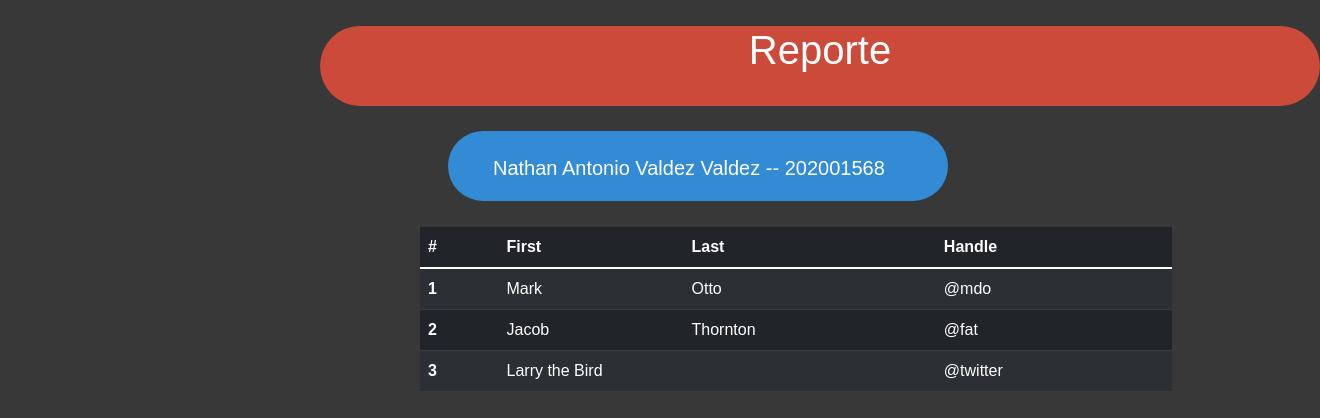
Repository: nathanvdev/LFP_PR_202001568
Page: plantilla.html
These files come from the project's save history. The page is drawn as it stood at one moment and after the next save; the edit follows.
The browser window is 1280 px wide. The page is 1320 px wide, so the pictures cover 1320 px, including what lies to the right of the window. The pictures show the whole page.

Above is the page before, as saved 2022-02-19 19:03:23.

### plantilla.html

<!DOCTYPE html>
<html lang="en">
<head>
    <meta charset="UTF-8">
    <meta http-equiv="X-UA-Compatible" content="IE=edge">
    <meta name="viewport" content="width=device-width, initial-scale=1.0">
    <link href="https://cdn.jsdelivr.net/npm/bootstrap@5.1.3/dist/css/bootstrap.min.css" rel="stylesheet" integrity="sha384-1BmE4kWBq78iYhFldvKuhfTAU6auU8tT94WrHftjDbrCEXSU1oBoqyl2QvZ6jIW3" crossorigin="anonymous">
    <title>Document</title>
</head>
<style>
    body{
        font-family: sans-serif;
    }
    .titlebox{
        background-color: rgb(204, 74, 57);
        height: 80px;
        width: 1000px;
        margin: 2%;
        margin-left: 25%;
        border-radius: 45px;


        display: flex;
        justify-content: center;
    }
    .PersonalInfo{
        background-color: rgb(50, 139, 212);
        height: 70px;
        width: 500px;
        margin: 2%;
        margin-top: 0px;
        margin-left: 35%;
        border-radius: 45px;

    }
    .tabla{
        width: 90%;
        height: auto;
        margin: 20px;
        padding-left: 400px;
    }
</style>
<body style="background-color: rgb(56, 56, 56);">
    <div class="titlebox">
        <h1 style="color: white;">Reporte</h1>
    </div>
    <div class="PersonalInfo">
        <h3 style="color: white;
        margin: 5%; float: left; font-size: 20px; padding-left: 20px;">
            Nathan Antonio Valdez Valdez  --  202001568
        </h3>
    </div>

    <div class="tabla">
    <table class="table table-dark table-striped">
        <thead>
          <tr>
            <th scope="col">#</th>
            <th scope="col">First</th>
            <th scope="col">Last</th>
            <th scope="col">Handle</th>
          </tr>
        </thead>
        <tbody>
          <tr>
            <th scope="row">1</th>
            <td>Mark</td>
            <td>Otto</td>
            <td>@mdo</td>
          </tr>
          <tr>
            <th scope="row">2</th>
            <td>Jacob</td>
            <td>Thornton</td>
            <td>@fat</td>
          </tr>
          <tr>
            <th scope="row">3</th>
            <td colspan="2">Larry the Bird</td>
            <td>@twitter</td>
          </tr>
        </tbody>
      </table>
    </div>
</body>
</html>

After the next save:
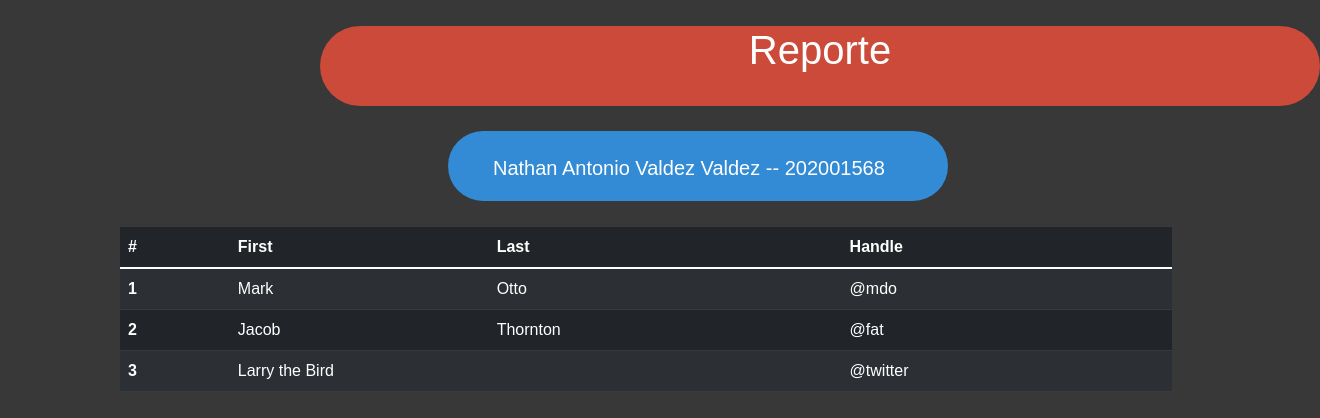
Saved 4 s later.
--- a/plantilla.html
+++ b/plantilla.html
@@ -38,7 +38,7 @@
         width: 90%;
         height: auto;
         margin: 20px;
-        padding-left: 400px;
+        padding-left: 100px;
     }
 </style>
 <body style="background-color: rgb(56, 56, 56);">
